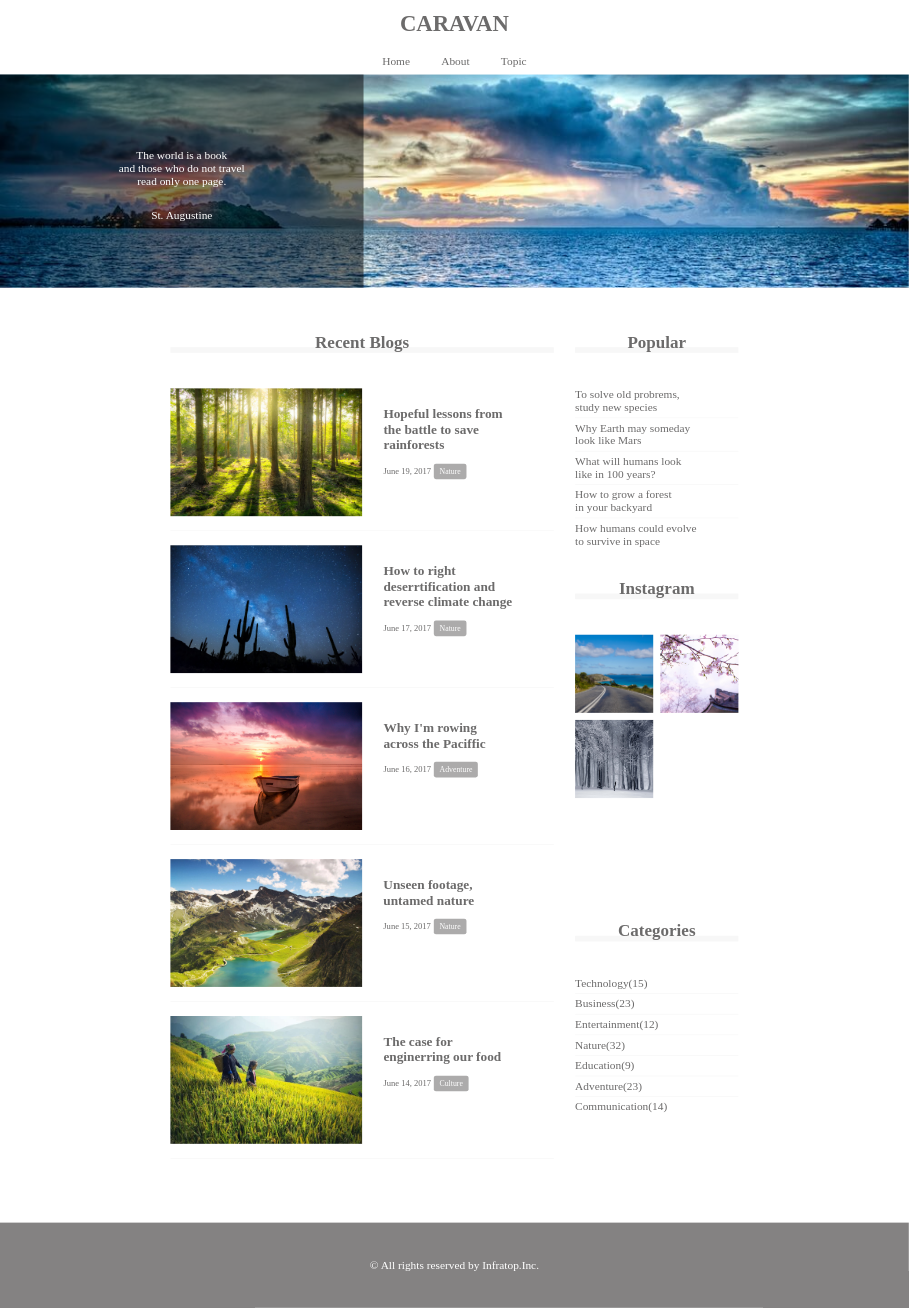
Repository: RAM-OK/git-practice
Page: caravan/index.html
The author's editor kept a record of every edit. The page is drawn from the files as they stood at one moment, then again after the next edit.
The browser window is 1280 px wide. The pictures show the whole page, at 71% of full size.

Above is the page before.

After the next edit:
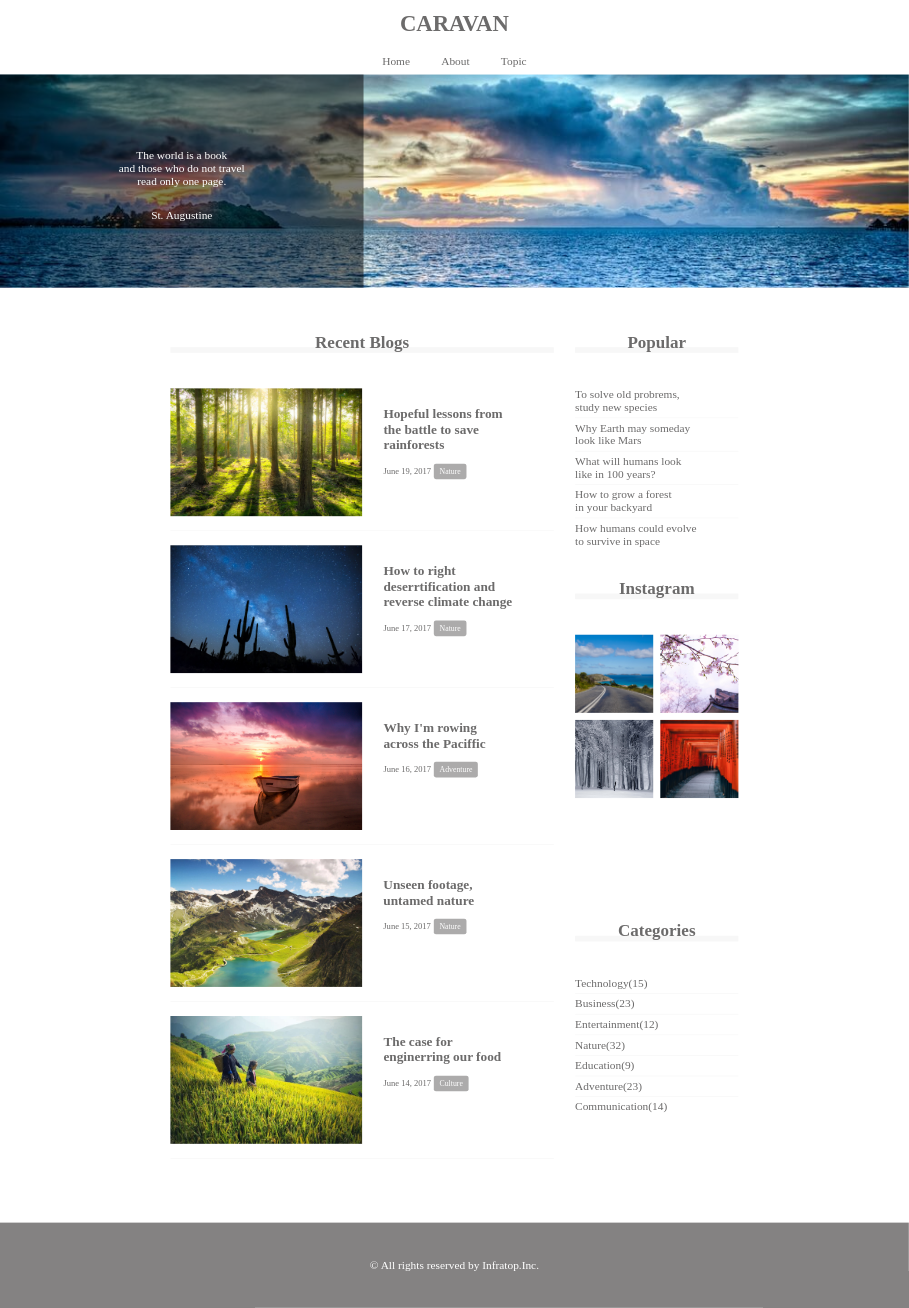
The edit:
--- a/caravan/style.css
+++ b/caravan/style.css
@@ -172,7 +172,7 @@
   background-image: url(img/snow.jpg);
 }
 
-.instagram-box:nth-child(1) {
+.instagram-box:nth-child(4) {
   background-image: url(img/japan2.jpg);
 }
 
